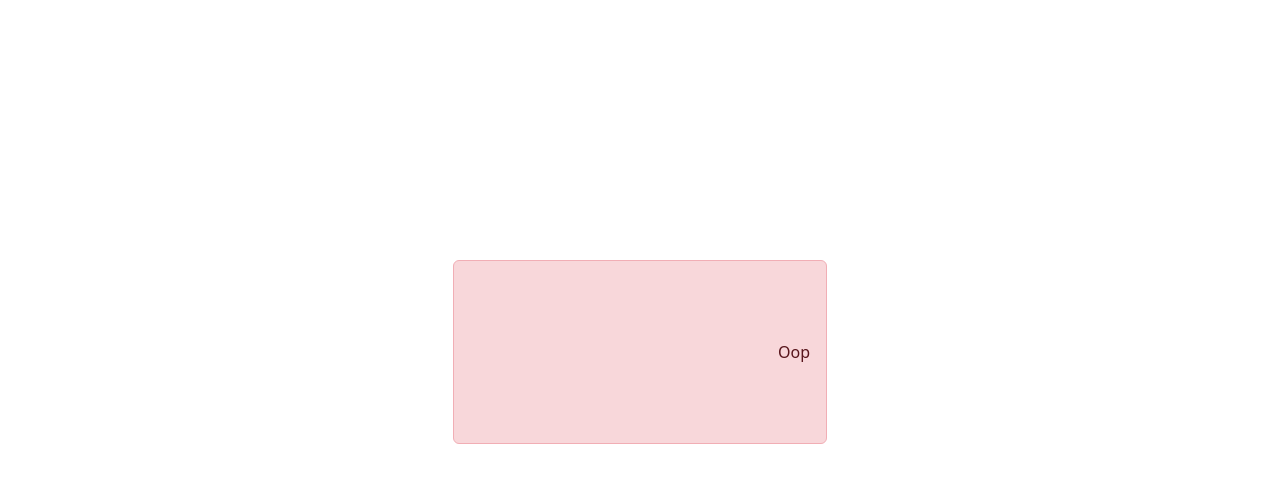
Repository: ikabeee/quesosAppSM41
Page: /
These files come from the project's save history. The page is drawn as it stood at one moment and after the next save; the edit follows.
The browser window is 1280 px wide. The pictures show the whole page.
The page's requests for data from a server got no answer. The project was rebuilt for these pictures with package versions that can differ from the ones it lists, and the page was loaded fresh each time. No one was signed in, and anything a server would have sent is missing. Also part of the build but not shown: vite.config.ts.

Above is the page before, as saved 2024-10-11 07:53:51.

After the next save:
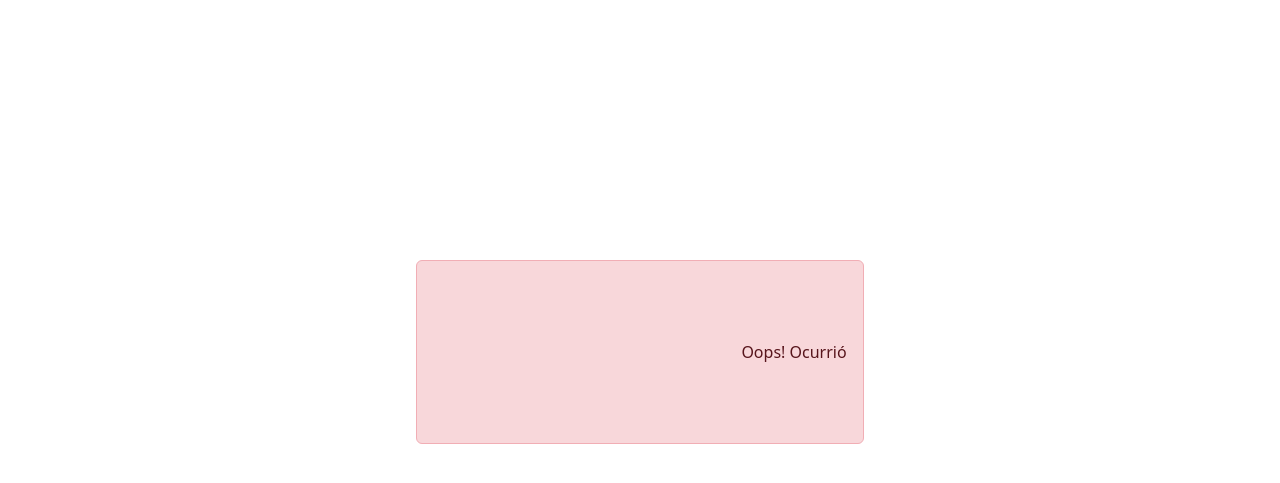
Saved 4 s later.
--- a/src/components/ExampleAxios.tsx
+++ b/src/components/ExampleAxios.tsx
@@ -34,7 +34,7 @@ function ExampleAxios() {
             <div className="alert alert-danger d-flex align-items-center" role="alert">
                 <svg className="bi flex-shrink-0 me-2" role="img" aria-label="Danger:"><use xlink:href="#exclamation-triangle-fill" /></svg>
                 <div>
-                    Oop
+                    Oops! Ocurrió
                 </div>
             </div>
         )
